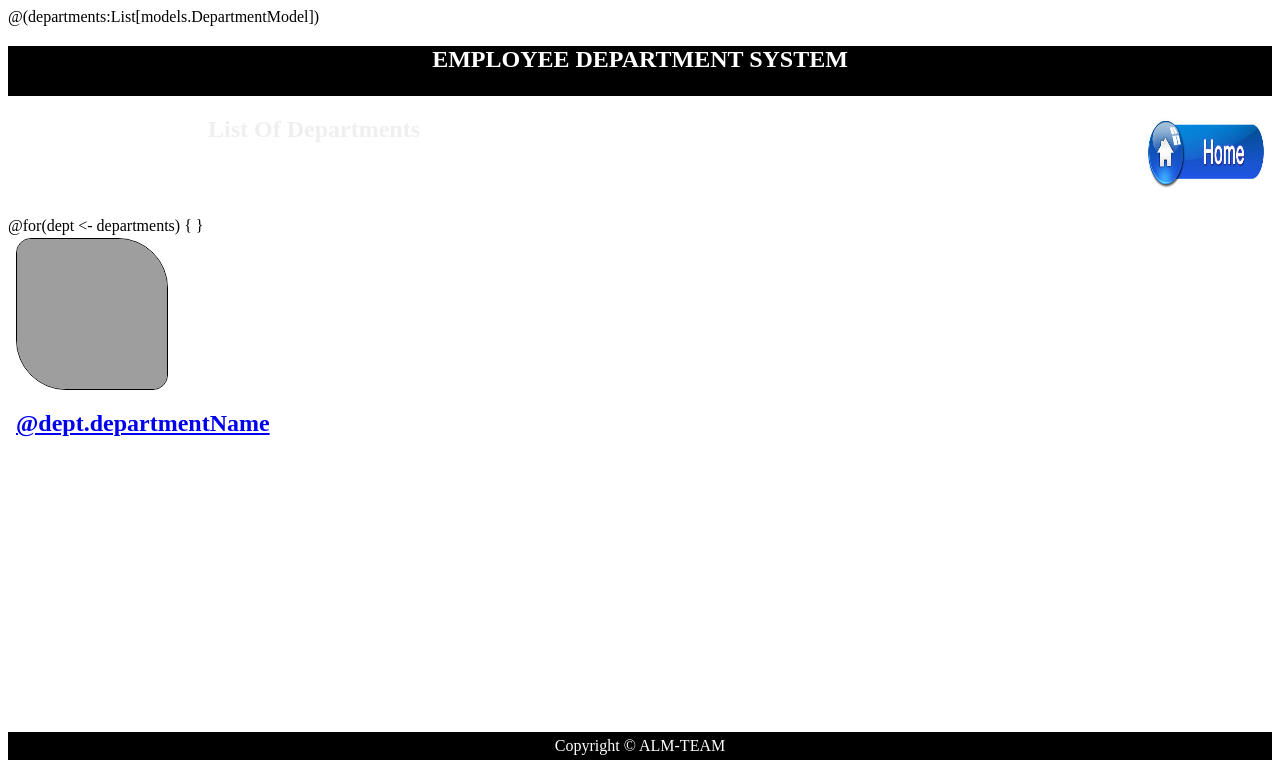
Repository: sumitkum200690/PLAY_SLICK
Page: Play_DB/app/views/allDepartmentPage.scala.html
The author's editor kept a copy of each file at every save. The page is drawn from the files as they stood at one save, then again after the next save.
The browser window is 1280 px wide. The pictures show the whole page.
Pictures or frames that could not be fetched are drawn as grey boxes.

Above is the page before, as saved 2015-09-28 11:01:17.

After the next save:
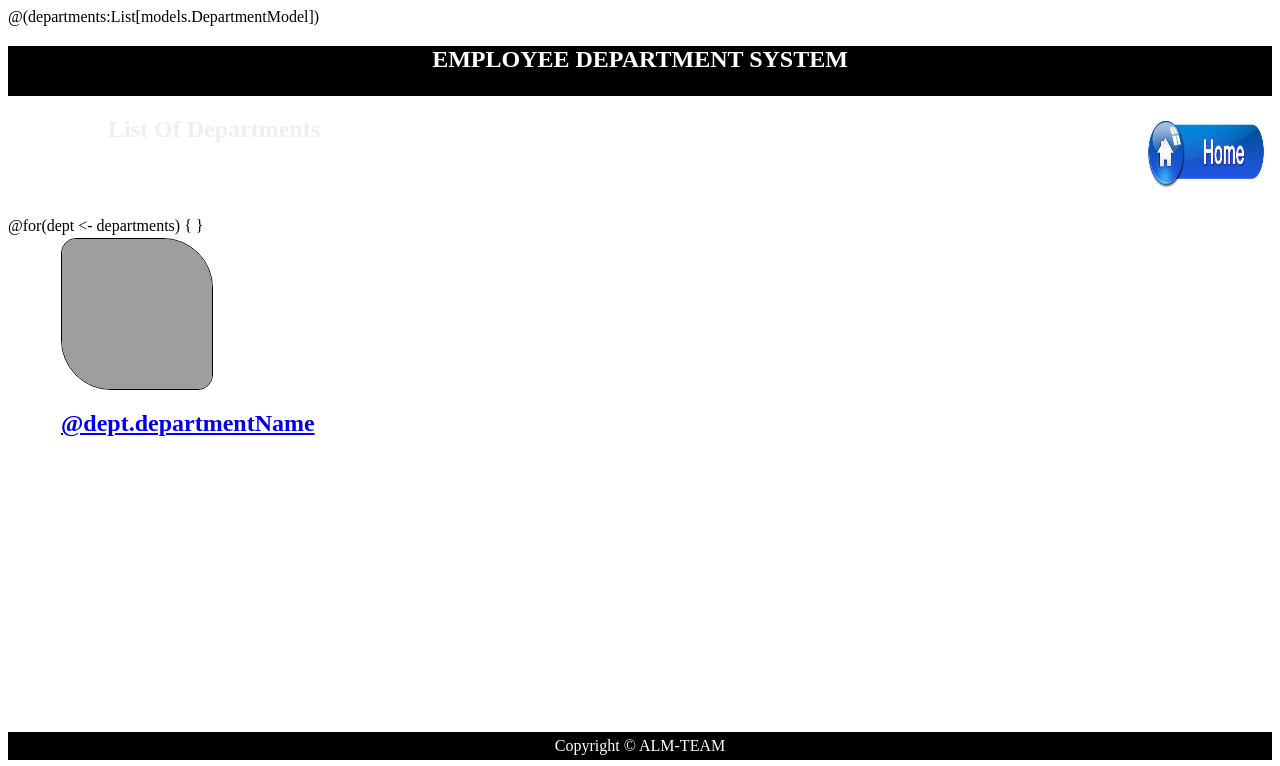
Saved 11 s later.
--- a/Play_DB/app/views/allDepartmentPage.scala.html
+++ b/Play_DB/app/views/allDepartmentPage.scala.html
@@ -115,8 +115,8 @@
 	<div id="content">
 
 			<div id="list">
-				<h2 style="margin-left:200px; color: buttonshadow; ">List Of Departments</h2><br/><br/><br/>
-				<table style="margin-left:5px ">
+				<h2 style="margin-left:100px; color: buttonshadow; ">List Of Departments</h2><br/><br/><br/>
+				<table style="margin-left:50px ">
   <tr>
  					 @for(dept <- departments) {
 
